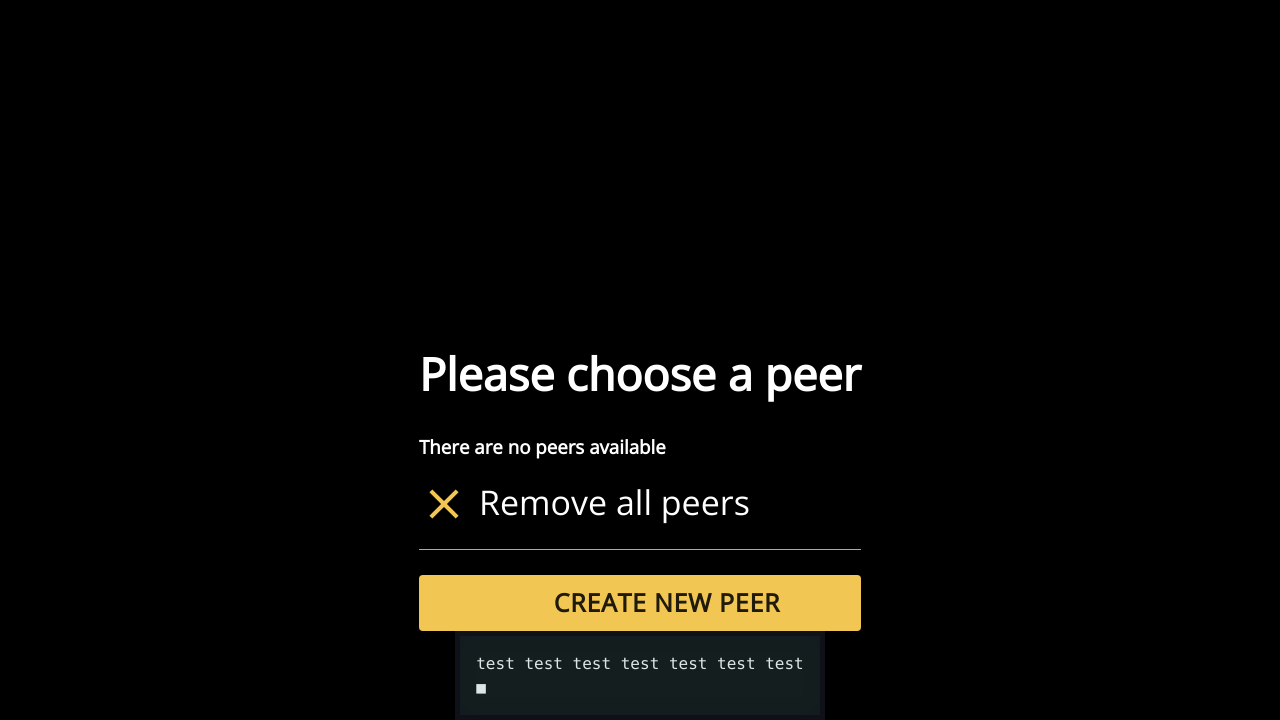
Repository: Bachdz/ASAP-Gui-Frontend
Page: /login
These files come from the project's save history. The page is drawn as it stood at one moment and after the next save; the edit follows.
The browser window is 1280 px wide. The pictures show the whole page.
The page's requests for data from a server got no answer. The project was rebuilt for these pictures with package versions that can differ from the ones it lists, and the page was loaded fresh each time. No one was signed in, and anything a server would have sent is missing. Also part of the build but not shown: src/css/loginscreen/Peer.css, src/components/fragments/Footer.js, src/components/mainscreen/subcomponents/Apps.js, src/css/mainscreen/Main.css, src/components/mainscreen/Main.js.

Above is the page before, as saved 2020-12-16 19:17:29.

### src/App.js
import React from 'react';



import { ReactComponent as Arrow } from './arrow.svg';
import Login from './components/loginscreen/Login';
import Main from './components/mainscreen/Main';
import { Link } from 'react-router-dom';
import Logo from './components/fragments/Footer';


import { BrowserRouter as Router, Route } from 'react-router-dom'

import './App.css';

function App() {
  return (
      <Router>
        <Route exact path="/" render={props => (
          <React.Fragment>
        <div className="container">

            <div className="content">
              <div id="box">
                <h1>Welcome to ASAP engine</h1>
                <Link to="/login"><Arrow id="next" /></Link>
              </div>
            </div>
          <Logo />
        </div>


          </React.Fragment>
        )} />
        <Route path="/login" component={Login} />
        <Route path="/main/user" component={Main} />

      </Router>
  );
}



export default App;

### src/components/loginscreen/Login.js
import React, { Component } from 'react';
import Peer from './subcomponents/Peer';
import CreateUser from './subcomponents/CreateUser';
import CloseIcon from '@material-ui/icons/Close';
import Alert from '@material-ui/lab/Alert';
import Snackbar from '@material-ui/core/Snackbar';
import Logo from '../fragments/Footer';
import Terminal from '../fragments/Terminal';



import '../../css/loginscreen/Login.css';
import axios from 'axios';



class Login extends Component {
    state = {
        peers: [],
        alertopen: false,
        alertmsg: '',
        alerttype: ''
    }

    componentDidMount() {
        axios.get('http://localhost:8080/api/v1/asap/peers')
            .then(res => this.setState({ peers: res.data }))
    }

    //create User
    addUser = (userName) => {
        let url = 'http://localhost:8080/api/v1/asap/peer?name=' + userName;
        axios.post(url)
            .then(res => this.setState({ peers: [...this.state.peers, res.data] }))
    }

    //remove all users
    removeAllUser = () => {
        axios.delete('http://localhost:8080/api/v1/asap/peers')
            .then(res => {
                if (res.data === false) {
                    this.setState({ alertopen: !this.state.alertopen, alertmsg: "Couldn't delete peers", alerttype: "error" });

                } else if (res.data === true) {
                    this.setState({ alertopen: !this.state.alertopen, alertmsg: "Deleted successfully ", alerttype: "success" });
                    axios.get('http://localhost:8080/api/v1/asap/peers')
                        .then(res => this.setState({ peers: res.data }))
                }



            }


            )


    }

    handleClose = (event, reason) => {
        this.setState({ alertopen: !this.state.alertopen });
    }


    render() {
        const { alertopen, alertmsg, alerttype } = this.state;
        return (
            <div className="container">
                <div className="content">
                    <div className="login-container">
                        <Snackbar anchorOrigin={{ vertical: 'top', horizontal: 'center' }} open={alertopen} autoHideDuration={2000} onClose={this.handleClose}>
                            <Alert onClose={this.handleClose} severity={alerttype}>
                                {alertmsg}
                            </Alert>
                        </Snackbar>
                        <h1>Please choose a peer</h1>
                        <Peer peers={this.state.peers} />

                        <div id="remove-peer">
                            <CloseIcon id="remove" onClick={this.removeAllUser} /> Remove all peers
            </div>
                        <CreateUser addUser={this.addUser} />

                    </div>
                </div>
                <Terminal />

            </div>


        );
    }
}


export default Login;

### src/App.css
@import url('https://fonts.googleapis.com/css?family=Open+Sans');
body {
  font-family: "Open Sans", sans-serif;

}

#box {
  text-align: center;
}

.content {
  min-height: 80vh;
  margin-top:20px;
  display: flex;
  align-items: center;
}

.container {
  display: flex;
  align-items: center;
  justify-content: center;
  flex-direction: column;
  background-color: #000000;
  color: #ffffff;
  height: 100vh;
  margin:0;
}

footer {
 margin-top:auto;
 width: 100vw;
}



#next {
  cursor: "pointer";
  transition: transform 330ms ease-in-out;

}
#next:hover {
  cursor: pointer;
  -ms-transform: scale(1.2); /* IE 9 */
  -webkit-transform: scale(1.2); /* Safari 3-8 */
  transform: scale(1.2);
}
h1 {
  font-size: 45px;
  text-align: center;
  animation: fadein 3s;
  -moz-animation: fadein 3s; /* Firefox */
  -webkit-animation: fadein 3s; /* Safari and Chrome */
  -o-animation: fadein 3s; /* Opera */
}
@keyframes fadein {
  from {
      opacity:0;
  }
  to {
      opacity:1;
  }
}
@-moz-keyframes fadein { /* Firefox */
  from {
      opacity:0;
  }
  to {
      opacity:1;
  }
}
@-webkit-keyframes fadein { /* Safari and Chrome */
  from {
      opacity:0;
  }
  to {
      opacity:1;
  }
}
@-o-keyframes fadein { /* Opera */
  from {
      opacity:0;
  }
  to {
      opacity: 1;
  }
}

### src/components/loginscreen/subcomponents/Peer.js
import React from 'react';
import '../../../css/loginscreen/Peer.css';
import AccountCircleIcon from '@material-ui/icons/AccountCircle';
import ArrowForwardIcon from '@material-ui/icons/ArrowForward';
// import { Redirect } from 'react-router-dom';
import { Link } from 'react-router-dom';

function Peer (props) {

        if (props.peers.length > 0) {
            return (
                props.peers.map((peer) => (
                    <div className="peer-container">
                        <AccountCircleIcon id="icon" />
                        {peer.name}
                        <Link to={{
                            pathname: '/main/user',
                            state: {
                                peer: peer.name
                            }
                        }}>
                            <ArrowForwardIcon id="forward" />
                        </Link>
                    </div>

                ))

            );


        } else {
            return (
                <h3>There are no peers available</h3>
            )
        }
    }





export default Peer;

### src/components/loginscreen/subcomponents/CreateUser.js
import React, {Component} from 'react';
import Button from '@material-ui/core/Button';
import AddIcon from '@material-ui/icons/Add';
import TextField from '@material-ui/core/TextField';
import Dialog from '@material-ui/core/Dialog';
import DialogActions from '@material-ui/core/DialogActions';
import DialogContent from '@material-ui/core/DialogContent';
import '../../../css/loginscreen/CreateUser.css';
import DialogContentText from '@material-ui/core/DialogContentText';

export class CreateUser extends Component {
    state = {
        open: false,
        error: false,
        username: ''
    }

    handleClickOpen = () => {
        this.setState({
            open: !this.state.open
        })
      };

    handleClose = (e) => {
        this.setState({
            open: !this.state.open
        })
    };

    onChange = (e) => this.setState({ [e.target.name]: e.target.value })

    onSubmit = (e) => {
        if (this.state.username !== '') {
            this.props.addUser(this.state.username);
            this.setState({username : ''});
            this.handleClose();
        } else {
            this.setState({error: true});
        }
    }

    render() {
    const { open,error } = this.state

    return (
        <div>

            <Button startIcon={<AddIcon id="addIcon" />} id="addButton" onClick={this.handleClickOpen}>Create new peer</Button>

            <Dialog open={open} onClose={this.handleClose} aria-labelledby="form-dialog-title">
                <DialogContent id="dialog">
                    <DialogContentText id="dialog-text">
                        Please enter your name
          </DialogContentText>
                    <TextField
                       error={this.state.error}
                     required
                        autoFocus
                        margin="dense"
                        name="username"
                        type="string"
                        label="Username"
                        helperText={error ===true  ? "username is required" : ""}
                        onChange={this.onChange}
                        fullWidth
                    />
                </DialogContent>
                <DialogActions id="dialog-action">
                    <Button onClick={this.onSubmit} id="button" color="primary">
                        Done
          </Button>
                </DialogActions>
            </Dialog>
        </div>
    );
}
}
export default CreateUser ;

### src/components/fragments/Terminal.js
import React from 'react'
import '../../css/Terminal.css';



export default function Terminal() {
    return (
        <div className="console">
            <pre class="i-has-teh-code">

                test
                test
                test
                test
                test
                test
                test
            </pre>
        </div>
    )
}

### src/css/loginscreen/Login.css
@import url('https://fonts.googleapis.com/css?family=Open+Sans');




.login-container {
    margin-top:auto;
}
.content {
    display: flex;
    align-items: center;
    justify-content: center;
    flex-direction: column;
    background-color: #000000;
    color: #ffffff;
    height: 100vh;
    margin:0;
  }

footer {
   margin-top:auto;
   width: 100vw;
  }




#remove {
    cursor: pointer;
    color: #F1C653;
    float: left;
    font-size: 50px;
    margin-right: 10px;
}

#remove:hover {
    cursor: pointer;
    -ms-transform: scale(1.2); /* IE 9 */
    -webkit-transform: scale(1.2); /* Safari 3-8 */
    transform: scale(1.2);
  }

#remove-peer {
    width: 100%;
    border-bottom: 1px solid #aaa;
    padding-bottom:20px;
    margin-top: 20px;
    display: flex;
    font-size: 34px;
    animation: fadein 3.5s;
    -moz-animation: fadein 3.5s; /* Firefox */
    -webkit-animation: fadein 3.5s; /* Safari and Chrome */
    -o-animation: fadein 3.5s; /* Opera */
}

### src/css/loginscreen/CreateUser.css
@import url('https://fonts.googleapis.com/css?family=Open+Sans');
* {
    font-family:"Open Sans", sans-serif ;
}
#addButton{
    z-index: 99;
    margin-top:25px;
    background-color: #F1C653;
    width: 100%;
    font-size:25px;
    font-weight: bolder;
}

#addIcon {
    font-size: 26px;
}
#dialog {

}
#dialog-text {
    font-family:"Open Sans", sans-serif ;
    color: #000000;

    text-align: center;
}
#button {
    background-color: #F1C653;
    color: #000000;
    width: 50%;
    font-size:15px;
    font-weight: bolder;
}

### src/css/Terminal.css
@charset "UTF-8";
@-webkit-keyframes waiting {
    0% {
        opacity: 0;
    }
    35%,
    75% {
        opacity: 1;
    }
    100% {
        opacity: 0;
    }
}

@keyframes waiting {
    0% {
        opacity: 0;
    }
    35%,
    75% {
        opacity: 1;
    }
    100% {
        opacity: 0;
    }
}

@-webkit-keyframes joltBG {
    0% {
        opacity: 0.3;
    }
    22%,
    26% {
        opacity: 0.2;
    }
    27%,
    45% {
        opacity: 0.4;
    }
    46%,
    76% {
        opacity: 0.5;
    }
    76%,
    78% {
        opacity: 0.05;
    }
    78% {
        opacity: 0.3;
    }
    100% {
        opacity: 0.3;
    }
}

@keyframes joltBG {
    0% {
        opacity: 0.3;
    }
    22%,
    26% {
        opacity: 0.2;
    }
    27%,
    45% {
        opacity: 0.4;
    }
    46%,
    76% {
        opacity: 0.5;
    }
    76%,
    78% {
        opacity: 0.05;
    }
    78% {
        opacity: 0.3;
    }
    100% {
        opacity: 0.3;
    }
}

.i-has-teh-code {
    white-space: pre-wrap;
    background: #141e1e;
    color: #dce6e6;
    margin: 0 auto;
    font-family: Monaco, Consolas, "Lucida Console", monospace;
    padding: 1em 1em 2.5em 1em;
    line-height: 1.45;
    position: relative;
    overflow-x: scroll;
}

.i-has-teh-code::-moz-selection {
    color: #141e1e;
    background: #dce6e6;
}

.i-has-teh-code::selection {
    color: #141e1e;
    background: #dce6e6;
}

.i-has-teh-code:before {
    position: absolute;
    pointer-events: none;
    top: 0;
    right: 0;
    bottom: 0;
    left: 0;
    background-color: rgba(50, 50, 80, 0.6);
    content: '';
    z-index: 100;
    box-shadow: inset 0px 0px 20px 0px rgba(0, 0, 60, 0.3);
    background: url('data:[embedded picture, 484 characters]');
    -webkit-animation-name: joltBG;
    animation-name: joltBG;
    -webkit-animation-duration: 10000ms;
    animation-duration: 10000ms;
    -webkit-animation-iteration-count: infinite;
    animation-iteration-count: infinite;
    -webkit-animation-timing-function: linear;
    animation-timing-function: linear;
}

.i-has-teh-code:after {
    position: absolute;
    pointer-events: none;
    bottom: 0em;
    left: 0em;
    content: '■';
    padding: 1em;
    -webkit-animation-name: waiting;
    animation-name: waiting;
    -webkit-animation-duration: 1200ms;
    animation-duration: 1200ms;
    -webkit-animation-iteration-count: infinite;
    animation-iteration-count: infinite;
    -webkit-animation-timing-function: ease-in-out;
    animation-timing-function: ease-in-out;
}

.console {
    background: rgba(20, 20, 30, 0.8);
    padding: 0.3em;
}

### src/css/mainscreen/Apps.css

#addIcon, #removeIcon {
    float:right;
    color: #F1C653;
    font-size: 30px;
    margin-right:20px;
}
.title {
    display:flex;
    align-items: center;
}


.parentList {
    margin-left:10px;
}

.main-items {
    font-size: 30px;
}

#apps {
    padding-left:50px;
}

.input {
    font-style: italic;
    width: 100%;
    border:none;
    outline: none;
    border-bottom: 2px solid #808080;
    background: #000000;
    color: #ffffff;
    width: 70%;
    margin-left:45px;
    font-size:20px;
}

.add {
    width: 100%;
    display:flex;
    color: #F1C653;
}

#checkicon {
    float: right;
}

#checkicon-inactive {
    color: #808080;
}

Loaded but not shown: public/index.html (common file); src/index.js (common file); src/index.css (common file); src/reportWebVitals.js (common file)

After the next save:
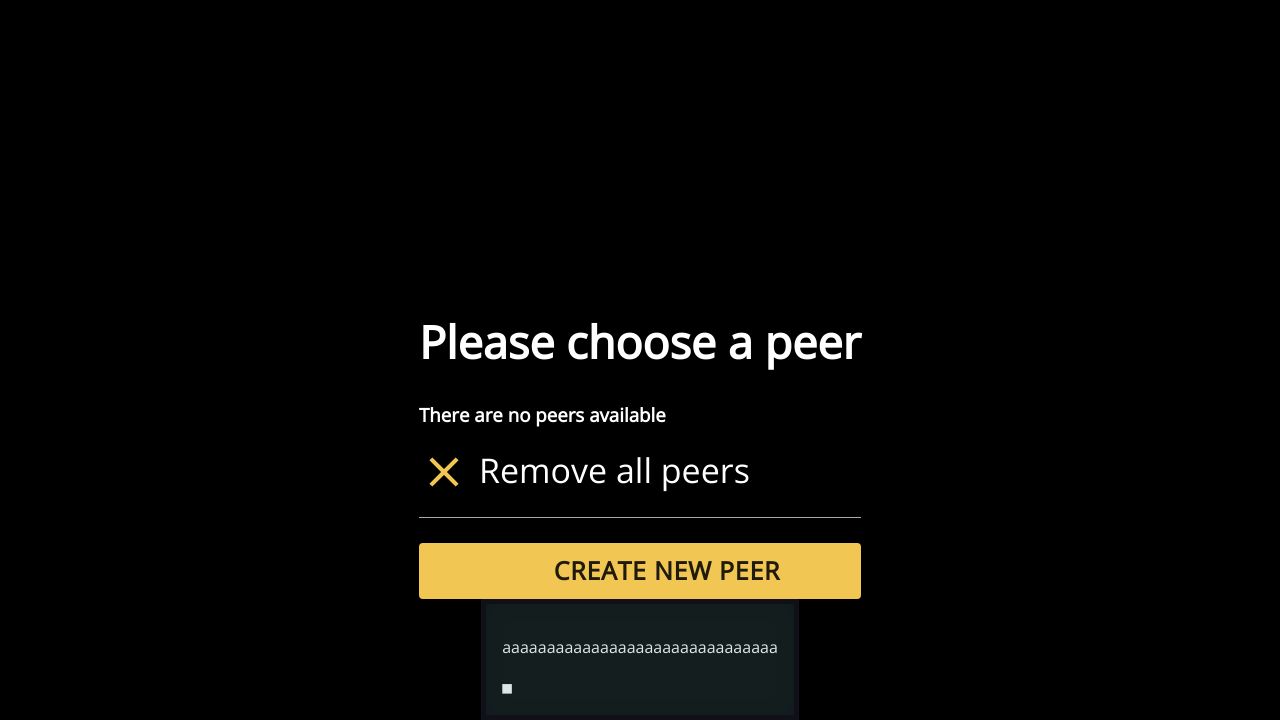
Saved 15 s later.
--- a/src/components/fragments/Terminal.js
+++ b/src/components/fragments/Terminal.js
@@ -7,14 +7,9 @@ export default function Terminal() {
     return (
         <div className="console">
             <pre class="i-has-teh-code">
+                <p>aaaaaaaaaaaaaaaaaaaaaaaaaaaaaaa</p>
+                <p></p>
 
-                test
-                test
-                test
-                test
-                test
-                test
-                test
             </pre>
         </div>
     )
